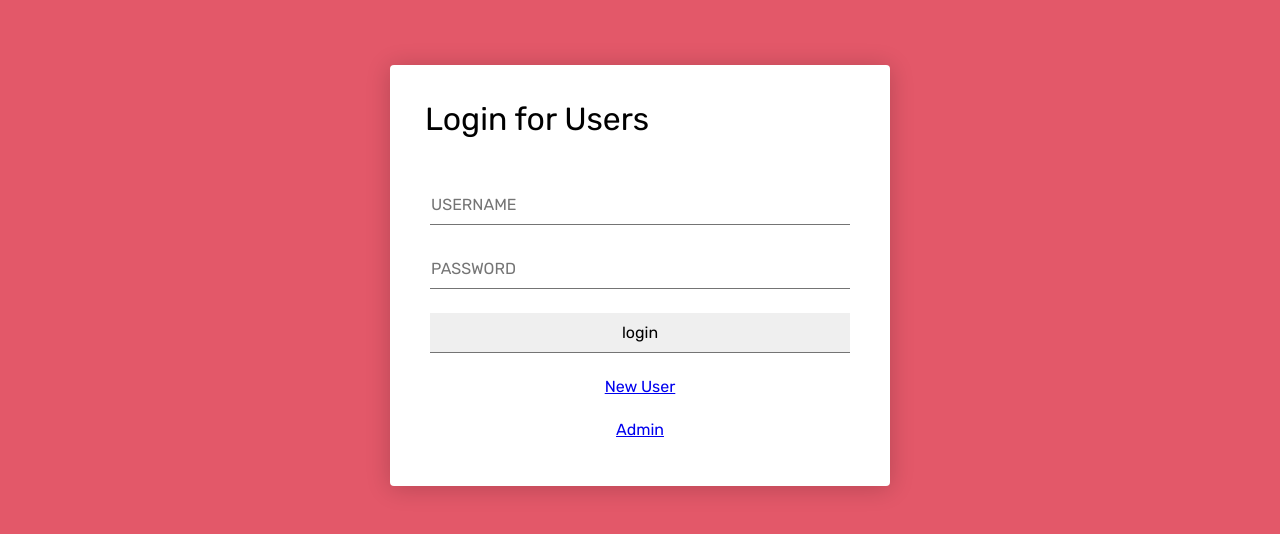
Repository: Shreya200012/FoodBox
Page: foodWeb/src/main/webapp/index.html
These files come from the project's save history. The page is drawn as it stood at one moment and after the next save; the edit follows.
The browser window is 1280 px wide. The pictures show the whole page.

Above is the page before, as saved 2022-06-14 07:37:27.
Console error: TypeError: document.querySelecter is not a function

After the next save:
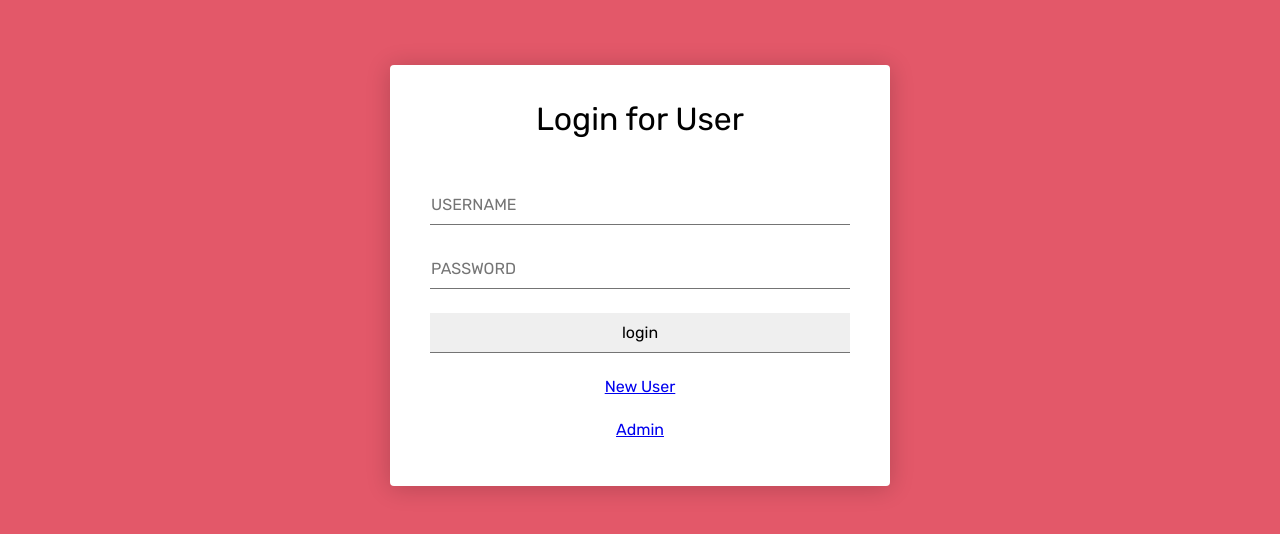
Saved 19 s later.
--- a/foodWeb/src/main/webapp/index.html
+++ b/foodWeb/src/main/webapp/index.html
@@ -11,7 +11,7 @@
 <!-- partial:index.partial.html -->
 <div class="login-form">
   <form action="loginController" method="post">
-    <h1>Login for Users</h1>
+    <h1 align="center">Login for User</h1>
     <div class="content">
       <div class="input-field">
         <input type="text" placeholder="UserName" name="username" autocomplete="nope">
